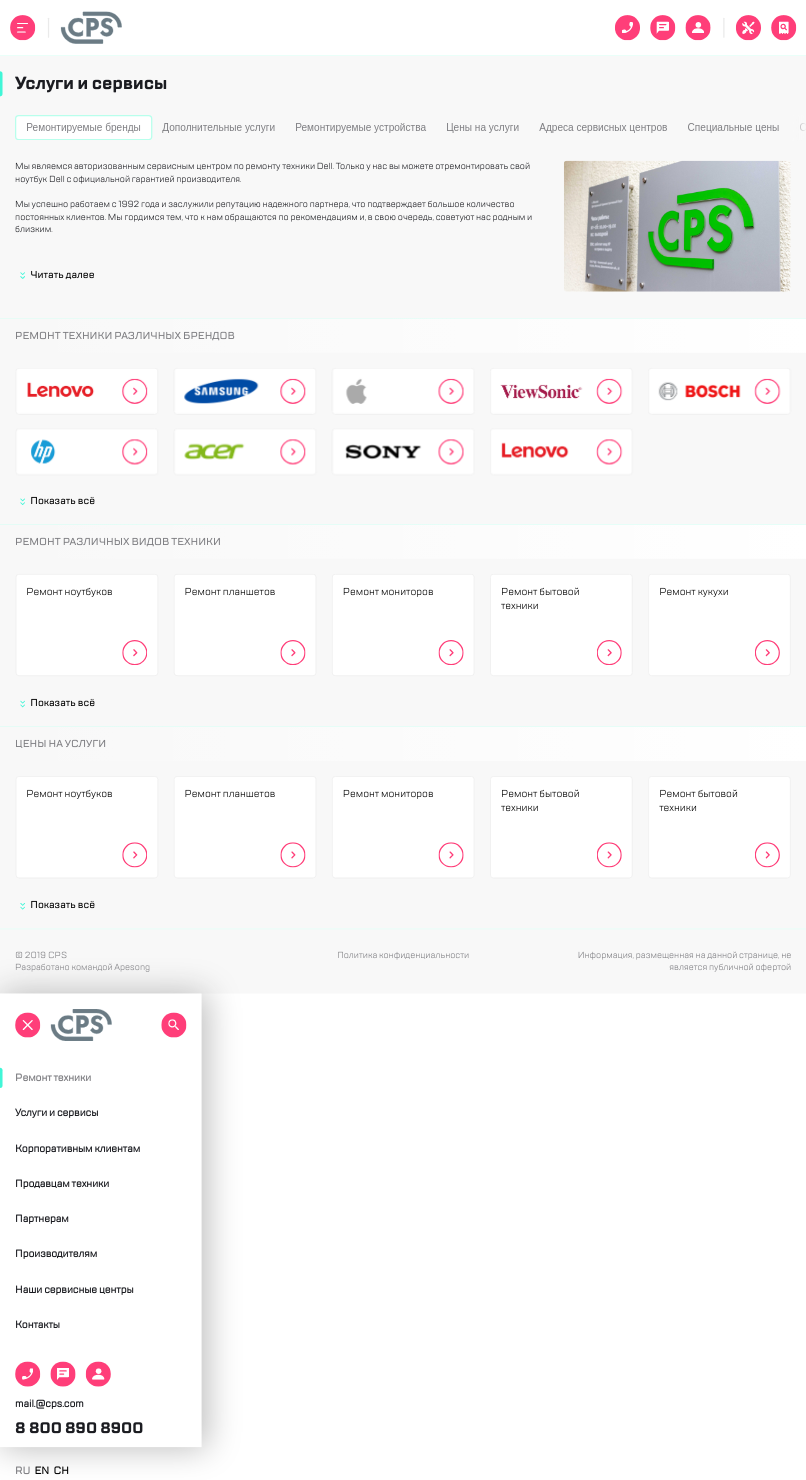
Repository: Dedoxa/WebCoreF
Page: /
An editor plug-in stored every save of this project. The page is shown before and after the next save, followed by the edit.
The browser window is 1280 px wide. The pictures show the whole page, at 63% of full size.
The project was rebuilt for these pictures with package versions that can differ from the ones it lists, and the page was loaded fresh each time. Also part of the build but not shown: webpack.config.js.

Above is the page before, as saved 2024-06-15 17:19:37.

After the next save:
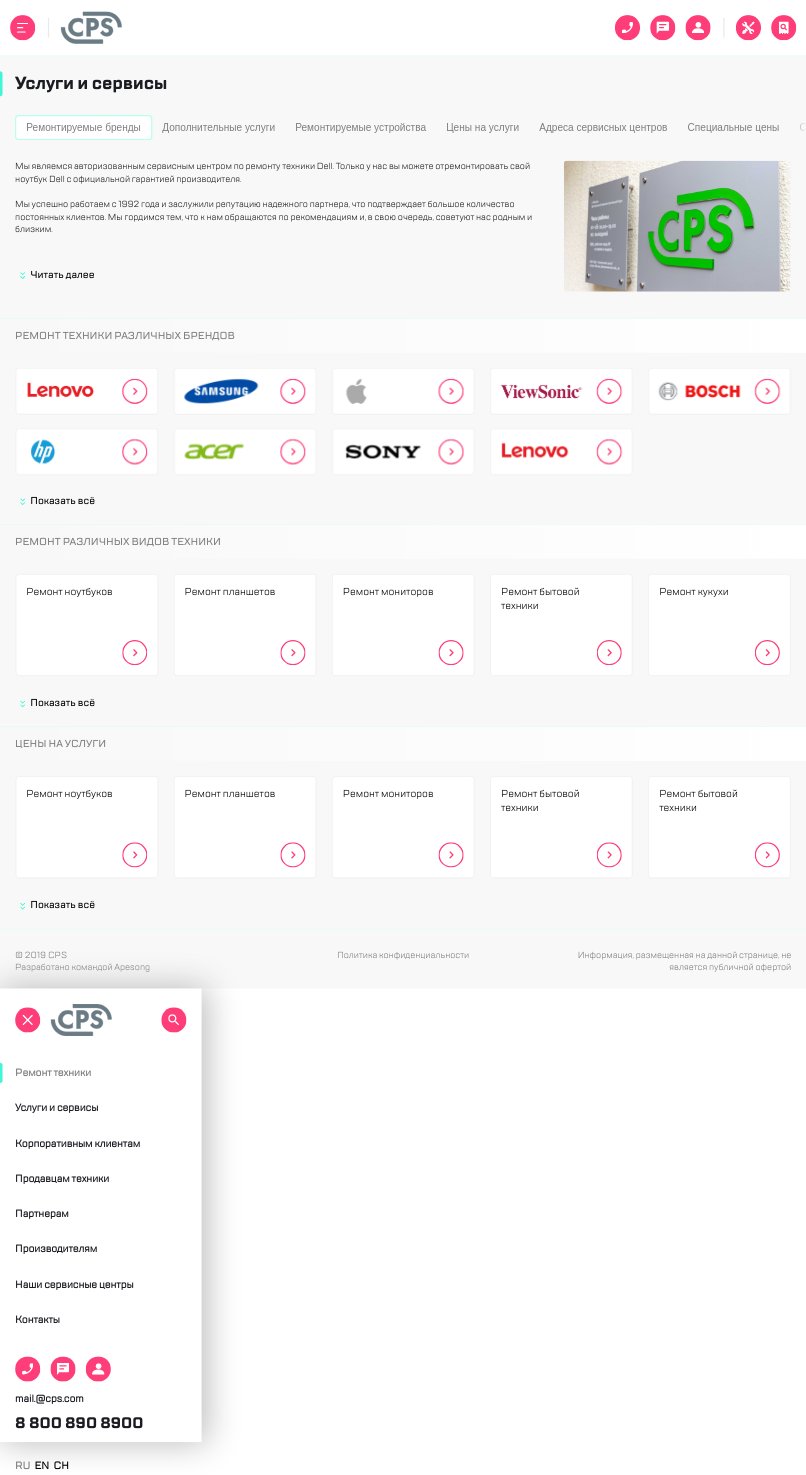
Saved 20 s later.
--- a/src/scss/footer.scss
+++ b/src/scss/footer.scss
@@ -21,7 +21,7 @@
     @media (min-width: 768px) {
       flex-direction: row;
       padding-top: 32px;
-      padding-bottom: 32px;
+      padding-bottom: 24px;
       padding-right: 24px;
       padding-left: 24px;
     }
